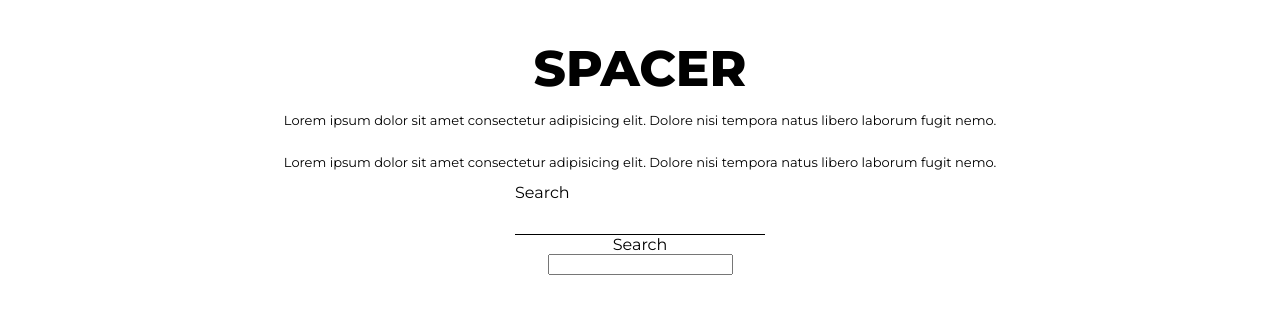
Repository: Trelefele/spacer-roman
Page: /
The author's editor kept a copy of each file at every save. The page is drawn from the files as they stood at one save, then again after the next save.
The browser window is 1280 px wide. The pictures show the whole page.
The project was rebuilt for these pictures with package versions that can differ from the ones it lists, and the page was loaded fresh each time.

Above is the page before, as saved 2019-02-03 18:37:52.

After the next save:
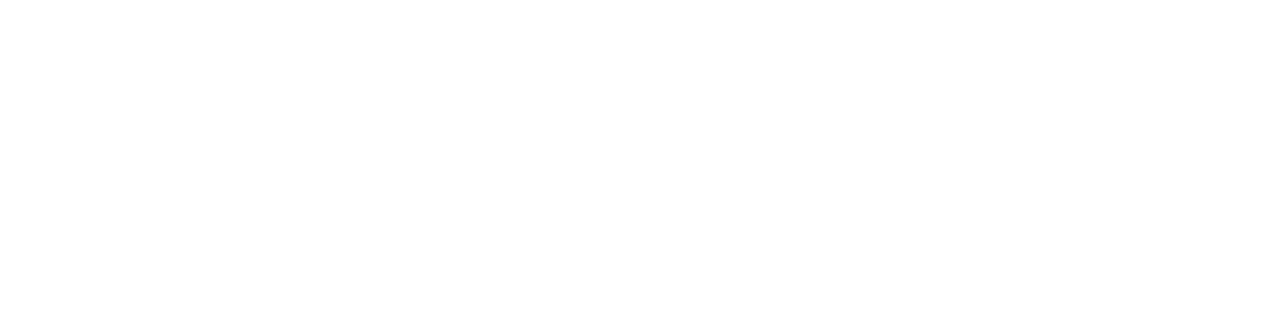
Saved 11 s later.
--- a/src/views/Search.vue
+++ b/src/views/Search.vue
@@ -52,7 +52,7 @@
 
 <style lang="scss" scoped>
     .searchWrapper {
-        display: flex;
+        display: none;
         flex-direction: column;
         align-items: center;
         margin: 0;

After the save that followed:
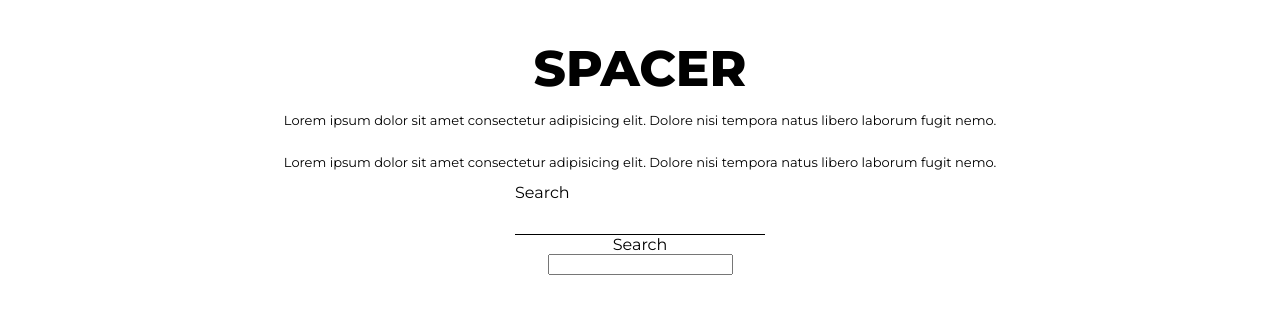
Saved 5 s later.
--- a/src/views/Search.vue
+++ b/src/views/Search.vue
@@ -52,7 +52,7 @@
 
 <style lang="scss" scoped>
     .searchWrapper {
-        display: none;
+        display: flex;
         flex-direction: column;
         align-items: center;
         margin: 0;
